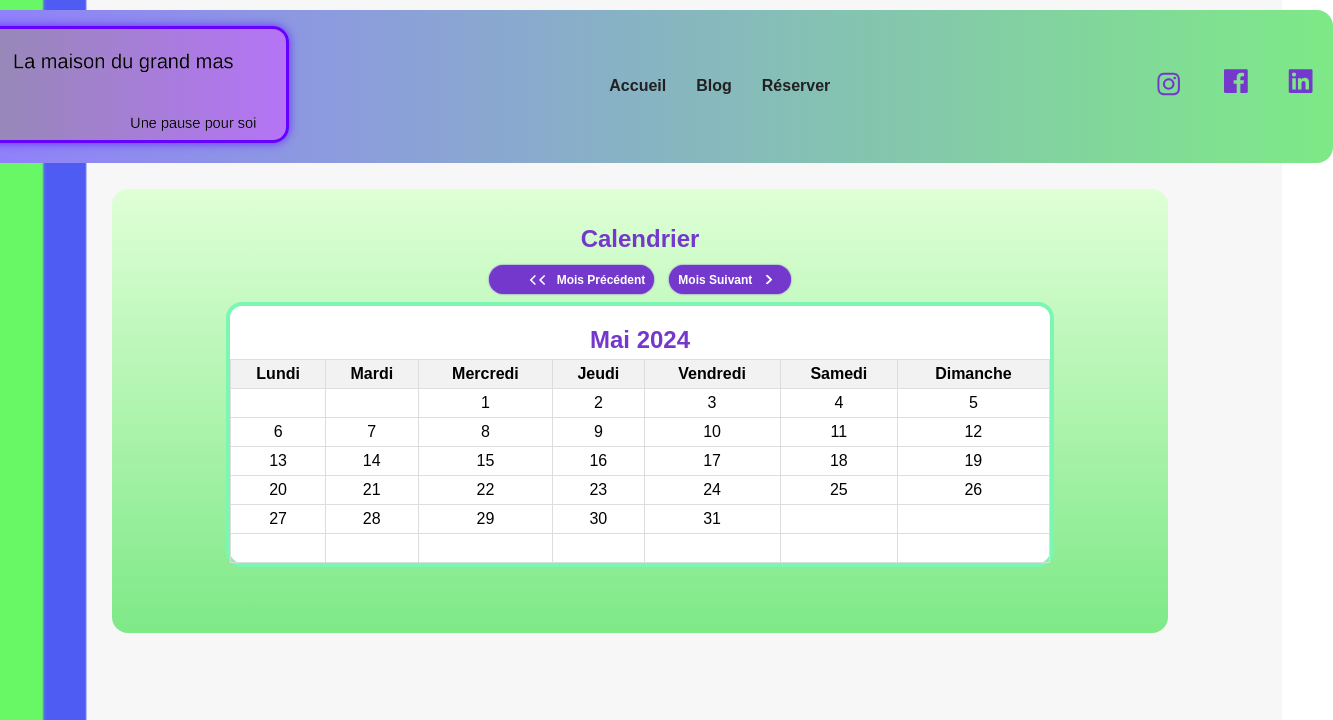
Repository: Crosnierpaul/Les_Rangers_de_Pouvoir
Page: http://localhost/entretien
The author's editor kept a copy of each file at every save. The page is drawn from the files as they stood at one save, then again after a run of saves.
The browser window is 1280 px wide. The page is 1333 px wide, so the pictures cover 1333 px, including what lies to the right of the window. The pictures show the whole page.
The page is served by the project's Node server (site/server.js). Other server files are loaded and not shown.

Above is the page before, as saved 2024-05-07 10:49:30.

### site/public/views/entretien.ejs
<!DOCTYPE html>
<html lang="fr">
<head>
    <meta charset="UTF-8">
    <meta name="viewport" content="width=device-width, initial-scale=1.0">
    <link rel="stylesheet" href="../css/entretien.css">
    <link rel="stylesheet" href="../css/style.css">
    <title>Calendrier</title>
</head>
<body>
    <%- include('navbar') %>

    <section>
        <h1>Calendrier</h1>

        <div class="btn-section">

              <div class="btn-container" onclick="prevMonth()">
                <a class="btn-content" href="#">
                    <span class="icon-arrowleft"></span>

                        <svg width="19px" height="10px" viewBox="0 0 66 43" version="1.1" xmlns="http://www.w3.org/2000/svg" xmlns:xlink="http://www.w3.org/1999/xlink">
                            <g id="arrow" stroke="none" stroke-width="1" fill="none" fill-rule="evenodd">
                                <path id="arrow-icon-one" d="M25.8456067,3.89485454 L22.0236851,0.139296592 C21.8291689,-0.0518420739 21.5173671,-0.0518571125 21.3228325,0.139262789 L0.308386581,20.7848311 C-0.0855800613,21.1718824 -0.0911862566,21.8050225 0.295865025,22.1989893 C0.299981196,22.2031791 0.304134271,22.2073326 0.308323769,22.2114492 L21.322902,42.8607841 C21.5174043,43.0519059 21.8291758,43.0519358 22.0237147,42.8608513 L25.8454814,39.1069479 C26.0424848,38.9134427 26.0453207,38.5968729 25.8518155,38.3998695 C25.8497107,38.3977268 25.8475868,38.395603 25.8454438,38.3934985 L9.0062211,21.8567812 C8.80919724,21.6632968 8.80632797,21.3467273 8.99981237,21.1497035 C9.00193532,21.1475418 9.00407769,21.1453995 9.00623949,21.1432767 L25.8454792,4.60825197 C26.0425131,4.41477773 26.0453987,4.09820839 25.8519244,3.90117456 C25.8498374,3.89904911 25.8477314,3.89694235 25.8456067,3.89485454 Z" fill="#FFFFFF"></path>
                                <path id="arrow-icon-two" d="M45.8456067,3.89485454 L42.0236851,0.139296592 C41.8291689,-0.0518420739 41.5173671,-0.0518571125 41.3228325,0.139262789 L20.3083866,20.7848311 C19.9144199,21.1718824 19.9088137,21.8050225 20.295865,22.1989893 C20.2999812,22.2031791 20.3041343,22.2073326 20.3083238,22.2114492 L41.322902,42.8607841 C41.5174043,43.0519059 41.8291758,43.0519358 42.0237147,42.8608513 L45.8454814,39.1069479 C46.0424848,38.9134427 46.0453207,38.5968729 45.8518155,38.3998695 C45.8497107,38.3977268 45.8475868,38.395603 45.8454438,38.3934985 L29.0062211,21.8567812 C28.8091972,21.6632968 28.806328,21.3467273 28.9998124,21.1497035 C29.0019353,21.1475418 29.0040777,21.1453995 29.0062395,21.1432767 L45.8454792,4.60825197 C46.0425131,4.41477773 46.0453987,4.09820839 45.8519244,3.90117456 C45.8498374,3.89904911 45.8477314,3.89694235 45.8456067,3.89485454 Z" fill="#FFFFFF"></path>
                                <path id="arrow-icon-three" d="M65.8456067,3.89485454 L62.0236851,0.139296592 C61.8291689,-0.0518420739 61.5173671,-0.0518571125 61.3228325,0.139262789 L40.3083866,20.7848311 C39.9144199,21.1718824 39.9088137,21.8050225 40.295865,22.1989893 C40.2999812,22.2031791 40.3041343,22.2073326 40.3083238,22.2114492 L61.322902,42.8607841 C61.5174043,43.0519059 61.8291758,43.0519358 62.0237147,42.8608513 L65.8454814,39.1069479 C66.0424848,38.9134427 66.0453207,38.5968729 65.8518155,38.3998695 C65.8497107,38.3977268 65.8475868,38.395603 65.8454438,38.3934985 L49.0062211,21.8567812 C48.8091972,21.6632968 48.806328,21.3467273 48.9998124,21.1497035 C49.0019353,21.1475418 49.0040777,21.1453995 49.0062395,21.1432767 L65.8454792,4.60825197 C66.0425131,4.41477773 66.0453987,4.09820839 65.8519244,3.90117456 C65.8498374,3.89904911 65.8477314,3.89694235 65.8456067,3.89485454 Z" fill="#FFFFFF"></path>
                            </g>
                        </svg>
                    </span>
                    <span class="btn-titleleft">Mois Précédent</span>
                </a>
            </div>
             <div class="btn-container" onclick="nextMonth()"">
                <a class="btn-content" href="#">
                  <span class="btn-title">Mois Suivant</span>
                  <span class="icon-arrow">
                    <svg width="25px" height="16px" viewBox="0 0 66 43" version="1.1" xmlns="http://www.w3.org/2000/svg" xmlns:xlink="http://www.w3.org/1999/xlink">
                      <g id="arrow" stroke="none" stroke-width="1" fill="none" fill-rule="evenodd">
                        <path id="arrow-icon-one" d="M40.1543933,3.89485454 L43.9763149,0.139296592 C44.1708311,-0.0518420739 44.4826329,-0.0518571125 44.6771675,0.139262789 L65.6916134,20.7848311 C66.0855801,21.1718824 66.0911863,21.8050225 65.704135,22.1989893 C65.7000188,22.2031791 65.6958657,22.2073326 65.6916762,22.2114492 L44.677098,42.8607841 C44.4825957,43.0519059 44.1708242,43.0519358 43.9762853,42.8608513 L40.1545186,39.1069479 C39.9575152,38.9134427 39.9546793,38.5968729 40.1481845,38.3998695 C40.1502893,38.3977268 40.1524132,38.395603 40.1545562,38.3934985 L56.9937789,21.8567812 C57.1908028,21.6632968 57.193672,21.3467273 57.0001876,21.1497035 C56.9980647,21.1475418 56.9959223,21.1453995 56.9937605,21.1432767 L40.1545208,4.60825197 C39.9574869,4.41477773 39.9546013,4.09820839 40.1480756,3.90117456 C40.1501626,3.89904911 40.1522686,3.89694235 40.1543933,3.89485454 Z" fill="#FFFFFF"></path>
                        <path id="arrow-icon-two" d="M20.1543933,3.89485454 L23.9763149,0.139296592 C24.1708311,-0.0518420739 24.4826329,-0.0518571125 24.6771675,0.139262789 L45.6916134,20.7848311 C46.0855801,21.1718824 46.0911863,21.8050225 45.704135,22.1989893 C45.7000188,22.2031791 45.6958657,22.2073326 45.6916762,22.2114492 L24.677098,42.8607841 C24.4825957,43.0519059 24.1708242,43.0519358 23.9762853,42.8608513 L20.1545186,39.1069479 C19.9575152,38.9134427 19.9546793,38.5968729 20.1481845,38.3998695 C20.1502893,38.3977268 20.1524132,38.395603 20.1545562,38.3934985 L36.9937789,21.8567812 C37.1908028,21.6632968 37.193672,21.3467273 37.0001876,21.1497035 C36.9980647,21.1475418 36.9959223,21.1453995 36.9937605,21.1432767 L20.1545208,4.60825197 C19.9574869,4.41477773 19.9546013,4.09820839 20.1480756,3.90117456 C20.1501626,3.89904911 20.1522686,3.89694235 20.1543933,3.89485454 Z" fill="#FFFFFF"></path>
                        <path id="arrow-icon-three" d="M0.154393339,3.89485454 L3.97631488,0.139296592 C4.17083111,-0.0518420739 4.48263286,-0.0518571125 4.67716753,0.139262789 L25.6916134,20.7848311 C26.0855801,21.1718824 26.0911863,21.8050225 25.704135,22.1989893 C25.7000188,22.2031791 25.6958657,22.2073326 25.6916762,22.2114492 L4.67709797,42.8607841 C4.48259567,43.0519059 4.17082418,43.0519358 3.97628526,42.8608513 L0.154518591,39.1069479 C-0.0424848215,38.9134427 -0.0453206733,38.5968729 0.148184538,38.3998695 C0.150289256,38.3977268 0.152413239,38.395603 0.154556228,38.3934985 L16.9937789,21.8567812 C17.1908028,21.6632968 17.193672,21.3467273 17.0001876,21.1497035 C16.9980647,21.1475418 16.9959223,21.1453995 16.9937605,21.1432767 L0.15452076,4.60825197 C-0.0425130651,4.41477773 -0.0453986756,4.09820839 0.148075568,3.90117456 C0.150162624,3.89904911 0.152268631,3.89694235 0.154393339,3.89485454 Z" fill="#FFFFFF"></path>
                      </g>
                    </svg>
                  </span>
                </a>
              </div>
        </div>
        <div id="calendarContainer"></div>
        <div id="selectedContent"></div>
    </section>

    <script src="../js/entretien.js"></script>
</body>
</html>

### site/public/css/entretien.css
.calendar {
    margin-bottom: 50px;
    width: 80%; /* Réduire la largeur du calendrier */
    margin-left: auto; /* Centrer le calendrier */
    margin-right: auto; /* Centrer le calendrier */
    background-color:#ffffff;
    border-radius: 1em;
    border: 4px solid #7bf7b3;
}

table {
    border-collapse: collapse;
    width: 100%;
}

th, td {
    border: 1px solid #dddddd;
    text-align: center;
    padding: 5px; /* Réduire l'espacement intérieur */
}

th {
    background-color: #f2f2f2;
}



td:hover {
    background-color: #f0f0f0; /* Couleur de fond lors du survol */
    cursor: pointer; /* Changement de curseur pour indiquer qu'il est cliquable */
}

td.selected {
    background-color: #c99aff; /* Couleur de fond grise pour les cellules sélectionnées */
    cursor: default; /* Désactiver le changement de curseur */
}

p {
    text-align: center;
}

section {
    margin: 1em auto; /* Centrer la section */
    max-width: 80%; /* Réduire la largeur maximale */
    --background: linear-gradient(to bottom, #dfffd6 0%, #7ee987 100%);
    background: var(--background);
    border-radius: 1em;
    padding: 1em;
}

.btn-section {
    display: flex;
    justify-content: center;
}


.btn-container {
    font-size: 1em; /* Réduire la taille de la police de caractères de 25% */
    margin: 7.5px; /* Réduire les marges de 25% */
    display: flex;
    --color-text: #ffffff;
    --color-background: #7439cc;
    --color-outline: rgba(147, 20, 250, 0.502);
    --color-shadow: #00000080;
  }

  .btn-content {
    display: flex;
    align-items: center;
    padding: 0.375em 0.75em; /* Réduire l'espacement à l'intérieur des boutons de 25% */
    text-decoration: none;
    font-family: 'Poppins', sans-serif;
    font-weight: 600;
    font-size: 0.75em; /* Réduire la taille du texte de 25% */
    color: var(--color-text);
    background: var(--color-background);
    transition: 1s;
    border-radius: 100px;
    box-shadow: 0 0 0.15em 0 var(--color-background); /* Réduire l'ombre de 25% */
}

  .btn-content:hover, .btn-content:focus {
    transition: 0.5s;
    -webkit-animation: btn-content 1s;
    animation: btn-content 1s;
    outline: 0.1em solid transparent;
    outline-offset: 0.2em;
    box-shadow: 0 0 0.4em 0 var(--color-background);
  }

  .btn-content .icon-arrow {
    transition: 0.5s;
    margin-right: 0px;
    transform: scale(0.6);
  }

  .btn-content:hover .icon-arrow {
    transition: 0.5s;
    margin-right: 25px;
  }

  .icon-arrow {
    width: 20px;
    margin-left: 10px;
    position: relative;
    top: 6%;
  }

  /* SVG */
  #arrow-icon-one {
    transition: 0.4s;
    transform: translateX(-60%);
  }

  #arrow-icon-two {
    transition: 0.5s;
    transform: translateX(-30%);
  }

  .btn-content:hover #arrow-icon-three {
    animation: color_anim 1s infinite 0.2s;
  }

  .btn-content:hover #arrow-icon-one {
    transform: translateX(0%);
    animation: color_anim 1s infinite 0.6s;
  }

  .btn-content:hover #arrow-icon-two {
    transform: translateX(0%);
    animation: color_anim 1s infinite 0.4s;
  }
  /* left version */

  .btn-contentleft:hover, .btn-contentleft:focus {
    transition: 0.5s;
    -webkit-animation: btn-content 1s;
    animation: btn-content 1s;
    outline: 0.1em solid transparent;
    outline-offset: 0.2em;
    box-shadow: 0 0 0.4em 0 var(--color-background);
  }

  .btn-contentleft .icon-arrowleft {
    transition: 0.5s;
    margin-left: 0px; /* Changer margin-left */
    transform: scale(0.6);
  }

  .btn-contentleft:hover .icon-arrowleft {
    transition: 0.5s;
    margin-left: 25px; /* Changer margin-left */
  }

  .icon-arrowleft {
    width: 20px; /* Ajuster la largeur */
    height: 20px; /* Ajuster la hauteur */
    margin-right: 10px;
    position: relative;
    top: 6%;
  }

  .btn-contentleft:hover #arrow-icon-three {
    animation: color_anim 1s infinite 0.2s;
  }

  .btn-contentleft:hover #arrow-icon-one {
    transform: translateX(0%);
    animation: color_anim 1s infinite 0.6s;
  }

  .btn-contentleft:hover #arrow-icon-two {
    transform: translateX(0%);
    animation: color_anim 1s infinite 0.4s;
  }

  .btn-titleleft{
    margin-left: 10px;
  }

  /* SVG animations */
  @keyframes color_anim {
    0% {
      fill: white;
    }

    50% {
      fill: var(--color-background);
    }

    100% {
      fill: white;
    }
  }

  /* Button animations */
  @-webkit-keyframes btn-content {
    0% {
      outline: 0.2em solid var(--color-background);
      outline-offset: 0;
    }
  }

  @keyframes btn-content {
    0% {
      outline: 0.2em solid var(--color-background);
      outline-offset: 0;
    }
  }

### site/public/css/navbar.css
.start-header {
	opacity: 1;
	transform: translateY(0);
	padding: 20px 0;
	box-shadow: 0 10px 30px 0 rgba(138, 155, 165, 0.15);
	-webkit-transition : all 0.3s ease-out;
	transition : all 0.3s ease-out;
}

.start-header.scroll-on {
	box-shadow: 0 5px 10px 0 rgba(138, 155, 165, 0.15);
	padding: 10px 0;
	-webkit-transition : all 0.3s ease-out;
	transition : all 0.3s ease-out;
}

.start-header.scroll-on .navbar-brand img{
	height: 24px;
	-webkit-transition : all 0.3s ease-out;
	transition : all 0.3s ease-out;
}

.navigation-wrap{
	position: fixed;
	width: 100%;
	top: 0;
	left: 0;
	z-index: 1000;
	-webkit-transition : all 0.3s ease-out;
	transition : all 0.3s ease-out;
}

.navbar {
    padding: 10px 0;
    display: flex;
    justify-content: center;
	margin-left: 1em;
  	margin-right: 1em;
}

.navbar-toggler {
	float: right;
	border: none;
	padding-right: 0;
	padding-left: 0;
}

.navbar-toggler:active,
.navbar-toggler:focus {
	outline: none;
}

.navbar-light .navbar-toggler-icon {
	width: 24px;
	height: 17px;
	background-image: none;
	position: relative;
	border-bottom: 1px solid #000;
    transition: all 300ms linear;
}

.navbar-light .navbar-toggler-icon:after,
.navbar-light .navbar-toggler-icon:before{
	width: 24px;
	position: absolute;
	height: 1px;
	background-color: #000;
	top: 0;
	left: 0;
	content: '';
	z-index: 2;
    transition: all 300ms linear;
}

.navbar-light .navbar-toggler-icon:after{
	top: 8px;
}

.navbar-toggler[aria-expanded="true"] .navbar-toggler-icon:after {
	transform: rotate(45deg);
}

.navbar-toggler[aria-expanded="true"] .navbar-toggler-icon:before {
	transform: translateY(8px) rotate(-45deg);
}

.navbar-toggler[aria-expanded="true"] .navbar-toggler-icon {
	border-color: transparent;
}

.nav-link{
	color: #212121 !important;
	font-weight: 500;
    transition: all 200ms linear;
}

.nav-item.active .nav-link{
	color: #7439cc  !important;
}

/* LIGNE SOUS LIEN APRES SOURIS DESSUS */

.nav-link {
	position: relative;
	padding: 5px 0 !important;
	display: inline-block;
}

.nav-item:after {
	position: absolute;
	bottom: -5px;
	left: 0;
	width: 100%;
	height: 2px;
	content: '';
	background-color: #7439cc ;
	opacity: 0;
    transition: all 200ms linear;
}

/* FIN LIGNE SOUS LIEN */

.nav-item:hover:after{
	bottom: 0;
	opacity: 1;
}

.nav-item.active:hover:after{
	opacity: 0;
}

.nav-item {
    position: relative;
    transition: all 200ms linear;
    padding: 1em;
    text-align: center;
}

/* .nav-item.active .nav-link {
    color: #007bff; /* Changez cette couleur pour mettre en évidence l'élément actif
} */

.navbar-brand {
    margin-right: auto;
    margin-left: auto;
}

/* Ajoutez ces styles pour supprimer les puces des éléments li */
.navbar-nav {
    display: flex;
    justify-content: center;
    align-items: center;
    padding-left: 0; /* Supprime le décalage à gauche de la liste */
}

.navbar-nav .nav-item {
    padding: 0 15px;
    list-style: none; /* Supprime les puces */
}

.navbar-nav .nav-link {
    color: #212121 !important;
    font-weight: 500;
    transition: all 200ms linear;
}

.navbar-nav .nav-item:hover .nav-link {
    color: #7439cc !important;
}

/* Modifiez les styles des liens de navigation pour ressembler à du texte normal */
.nav-link {
    color: #212121 !important;
    font-weight: 500;
    transition: all 200ms linear;
    text-decoration: none; /* Supprime le soulignement par défaut des liens */
    cursor: pointer; /* Change le curseur en pointeur au survol */
}

.container {
	--background: linear-gradient(to right, #917dff 0%, #7ee987 100%);
    margin: 0px;
	min-height: 15vh;
	max-width: max-content;
	background: var(--background);
	border-radius: 1em;
}

.purple {
	color: #7439cc;
}

#logo {
	width: 20em;
	border: 3.5px solid #6600ff;
	border-radius: 1em;
	margin-left:  1em;
	margin-right: 19.1em;
	--background: linear-gradient(to right, #948ab1 0%, #b574f6 100%);
	background: var(--background);
	box-shadow: 0 0 10px 0 rgb(106, 43, 255);
}

#liLogo {
    list-style: none;
}

.nav-item.active:after {
	position: absolute;
	bottom: 0;
	left: 0;
	width: 100%;
	height: 2px;
	content: '';
	background-color: #7439cc ;
	opacity: 1;
}

.rs {
	margin-left: 18em;
	display: inherit;
}

.rs .nav-item {
	margin-left: 5px;
	margin-right: 5px;
}

/* Styles pour les écrans plus petits que 768px */
@media (max-width: 1000px) {
    .navbar {
        flex-direction: column; /* Afficher les éléments de la navbar en colonne */
        align-items: center; /* Centrer les éléments */
    }

    .navbar-nav {
        flex-direction: column; /* Afficher les éléments de la navbar en colonne */
        align-items: center; /* Centrer les éléments */
    }

    .navbar-toggler {
        order: -1; /* Mettre le bouton de bascule en haut */
        margin-bottom: 10px; /* Ajouter un espace entre le bouton de bascule et les liens */
    }

    .rs {
        margin-left: 0; /* Réinitialiser la marge pour les icônes de réseaux sociaux */
        text-align: center; /* Centrer les icônes de réseaux sociaux */
    }
}

/*Styles pour les écrans plus petits que 576px */
@media (max-width: 576px) {
    .navbar-brand {
        margin: 0; /* Réinitialiser la marge pour le logo */
    }

    #logo {
        width: 98.3%; /* Faire en sorte que le logo occupe toute la largeur */
        margin: 0; /* Réinitialiser la marge */
    }

    .rs {
        display: flex; /* Afficher les icônes de réseaux sociaux en ligne */
        justify-content: center; /* Centrer les icônes de réseaux sociaux */
    }

    .rs .nav-item {
        margin: 0 5px; /* Ajouter un espacement horizontal entre les icônes de réseaux sociaux */
    }
}

.tel {
	margin-top: 5px;
}

Loaded but not shown: site/public/js/entretien.js (191 lines, source omitted); site/server.js (72 lines, source omitted); site/public/views/navbar.ejs (81 lines, source omitted); site/public/css/style.css (342 lines, source omitted)

After the next 2 saves:
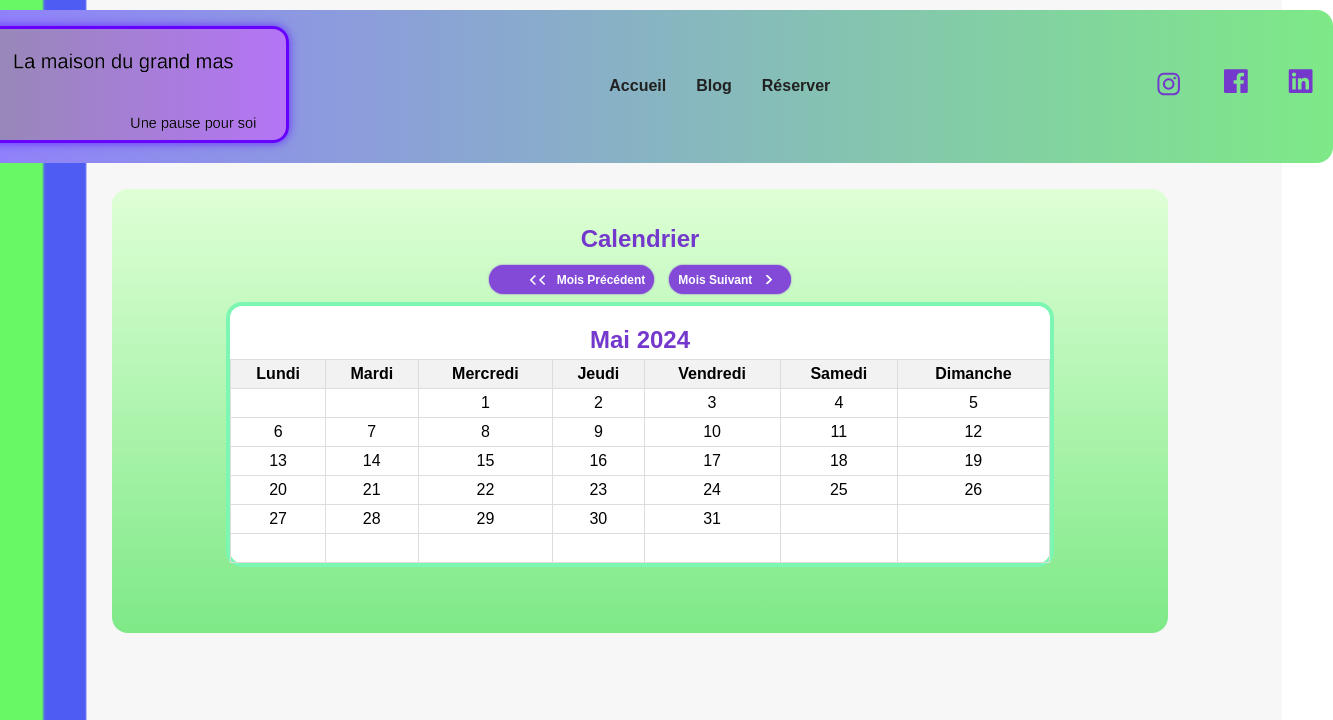
The 2 saves are shown as one change because they came seconds apart.
The last was saved 10 s later.
--- a/site/public/css/entretien.css
+++ b/site/public/css/entretien.css
@@ -59,7 +59,7 @@
     margin: 7.5px; /* Réduire les marges de 25% */
     display: flex;
     --color-text: #ffffff;
-    --color-background: #7439cc;
+    --color-background: #824ad6;
     --color-outline: rgba(147, 20, 250, 0.502);
     --color-shadow: #00000080;
   }
